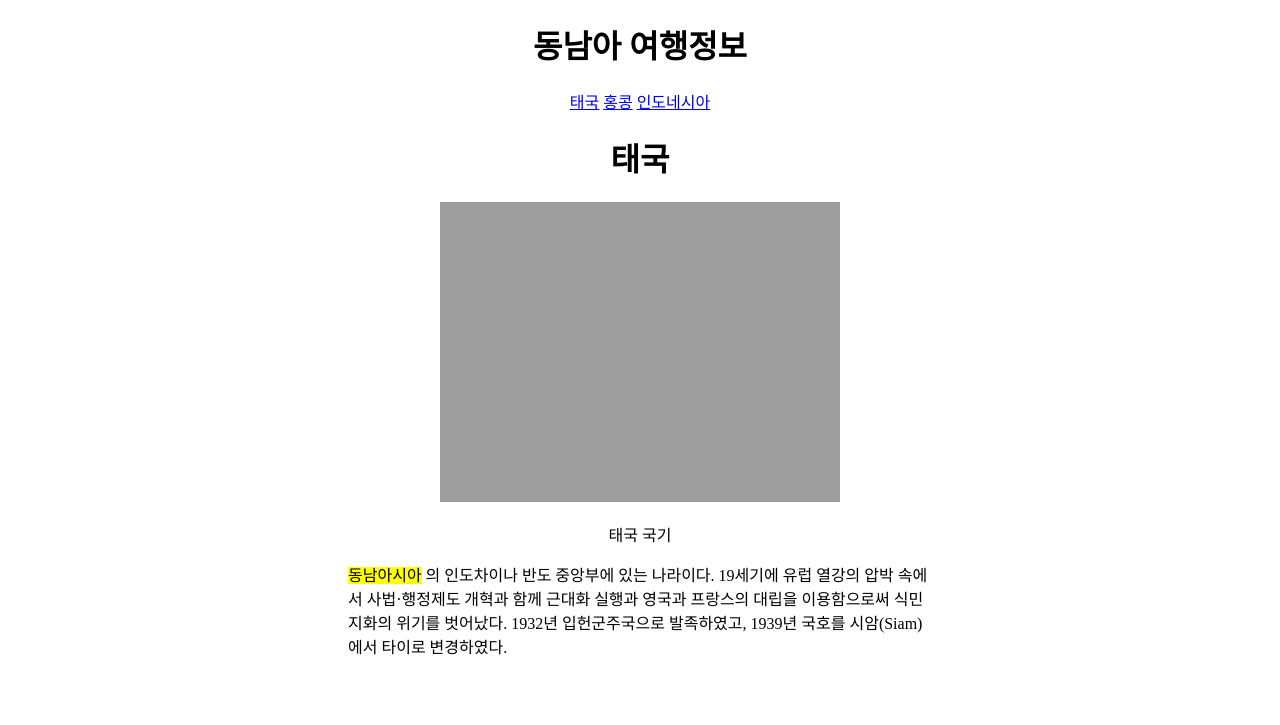
Repository: IreneCho/sk
Page: htmltest/WebContent/day1/homework3.html
An editor plug-in stored every save of this project. The page is shown before and after the next save, followed by the edit.
The browser window is 1280 px wide. The pictures show the whole page.

Above is the page before, as saved 2016-08-22 05:36:26.

After the next save:
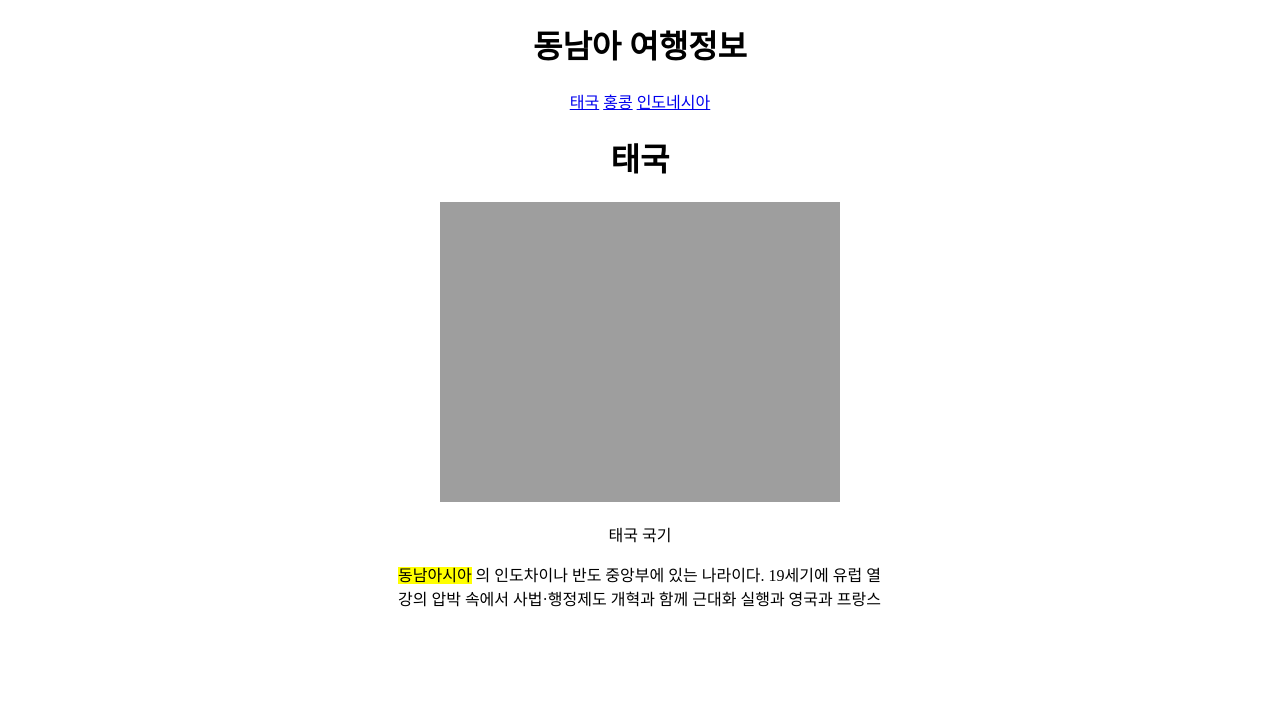
Saved 11 s later.
--- a/htmltest/WebContent/day1/homework3.html
+++ b/htmltest/WebContent/day1/homework3.html
@@ -20,8 +20,8 @@
 	</nav>
 
 	<center>
-		<iframe frameborder="0" scrolling="auto" name="travle" width="600"
-			height="600" src="thailand.html" class="img-responsive"></iframe>
+		<iframe frameborder="0" scrolling="auto" name="travle" width="500"
+			height="500" src="thailand.html" class="img-responsive"></iframe>
 	</center>
 </body>
 </html>
